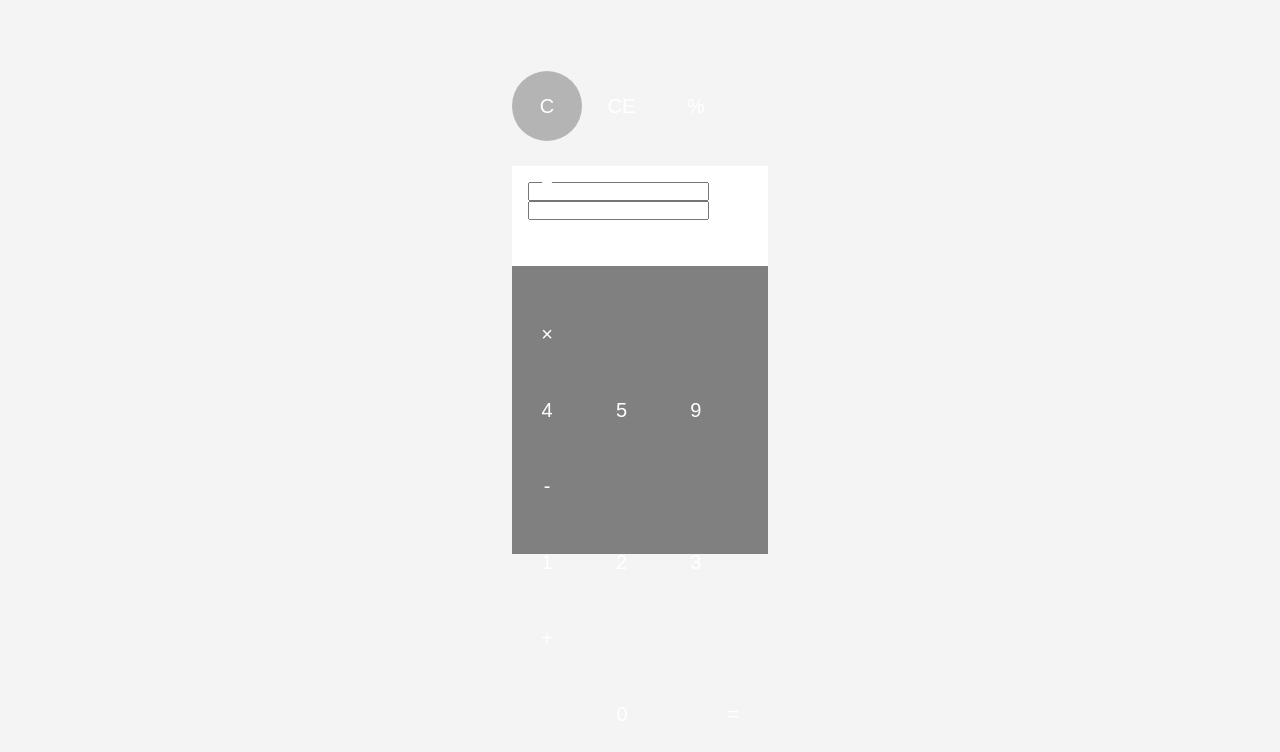
Repository: DNature/calc
Page: index.html
These files come from the project's save history. The page is drawn as it stood at one moment and after the next save; the edit follows.
The browser window is 1280 px wide. The pictures show the whole page.
The pointer rests on the first visible `.button`.

Above is the page before, as saved 2019-11-20 23:59:13.

### index.html
<!DOCTYPE html>
<html lang="en">
  <head>
    <meta charset="UTF-8" />
    <meta name="viewport" content="width=device-width, initial-scale=1.0" />
    <meta http-equiv="X-UA-Compatible" content="ie=edge" />
    <link rel="stylesheet" href="css/style.css" />
    <title>Calculator</title>
  </head>
  <body>
    <div class="calculator">
      <div class="output">
        <input type="number" id="subField" />
        <input type="number" id="mainField" />
      </div>

      <div class="inputs">
        <div class="row">
          <button id="" class="button">C</button>
          <button id="" class="button">CE</button>
          <button id="" class="button">%</button>
          <button id="" class="button">&#247;</button>
        </div>
        <div class="row">
          <button id="" class="button">7</button>
          <button id="" class="button">8</button>
          <button id="" class="button">9</button>
          <button id="" class="button">&times;</button>
        </div>
        <div class="row">
          <button id="" class="button">4</button>
          <button id="" class="button">5</button>
          <button id="" class="button">9</button>
          <button id="" class="button">-</button>
        </div>
        <div class="row">
          <button id="" class="button">1</button>
          <button id="" class="button">2</button>
          <button id="" class="button">3</button>
          <button id="" class="button">+</button>
        </div>
        <div class="row equal">
          <button id="" class="button">0</button>
          <button id="" class="button">=</button>
        </div>
      </div>
    </div>
    <script src="./js/index.js"></script>
  </body>
</html>

### css/style.css
* {
  margin: 0;
  padding: 0;
  box-sizing: border-box;
}

body {
  font-family: Arial, Helvetica, sans-serif;
  background: #f4f4f4;
  height: 100vh;
  width: 100vw;
  display: grid;
  place-content: center;
}

.calculator {
  width: 20vw;
  background: white;
  display: grid;
  place-content: center;

  border-radius: 5px;
}

.output {
  height: 100px;
  padding: 1rem;
  background: white;
}

.inputs {
  background: grey;
  display: grid;
  place-content: center;
  height: 40vh;
}

.button {
  width: 70px;
  height: 70px;
  border-radius: 50%;
  border: none;
  outline: none;
  margin: 3px 0;
  cursor: pointer;
  background: none;
  color: white;
  font-size: 20px;
}
.button:hover {
  background: rgba(128, 128, 128, 0.554);
}
.equal {
  display: flex;
  justify-content: space-between;
}

.equal :first-child {
  margin-left: 75px;
}

Loaded but not shown: js/index.js (no stored copy; drawn as an empty file)

After the next save:
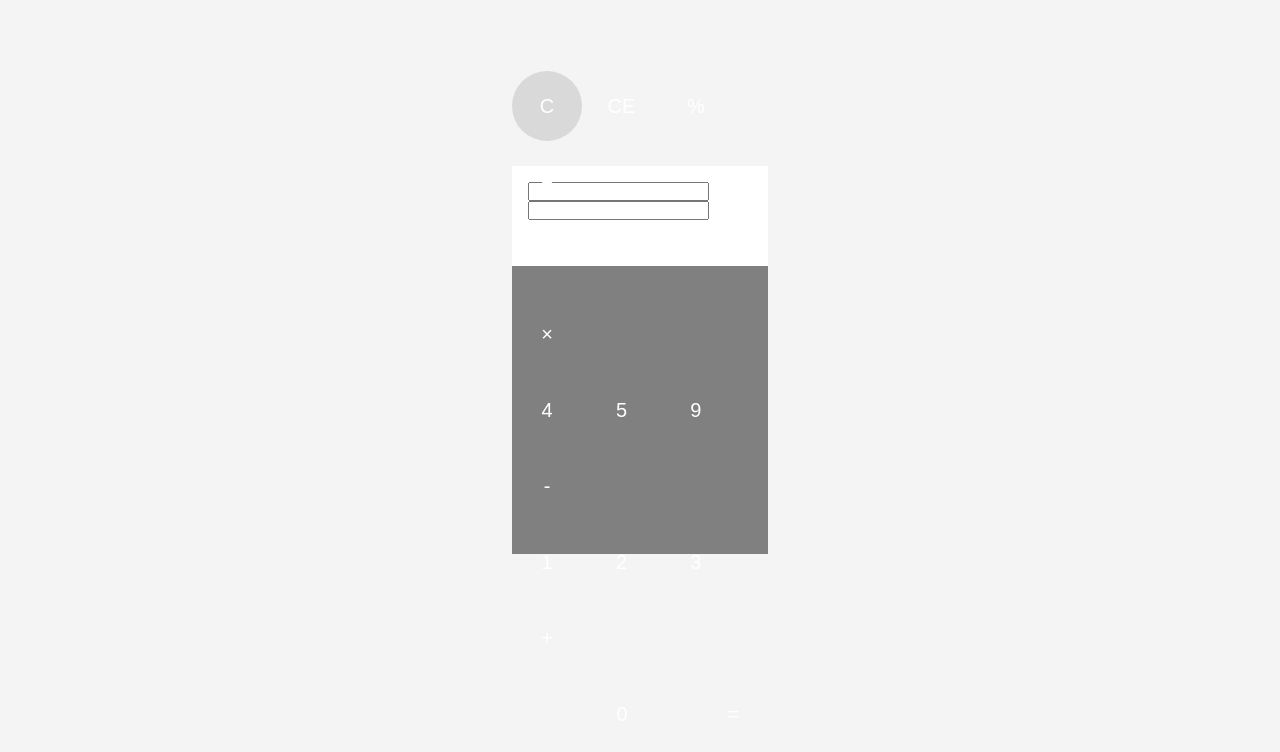
Saved 14 s later.
--- a/css/style.css
+++ b/css/style.css
@@ -48,7 +48,7 @@
   font-size: 20px;
 }
 .button:hover {
-  background: rgba(128, 128, 128, 0.554);
+  background: #c3c3c38d;
 }
 .equal {
   display: flex;

After the save that followed:
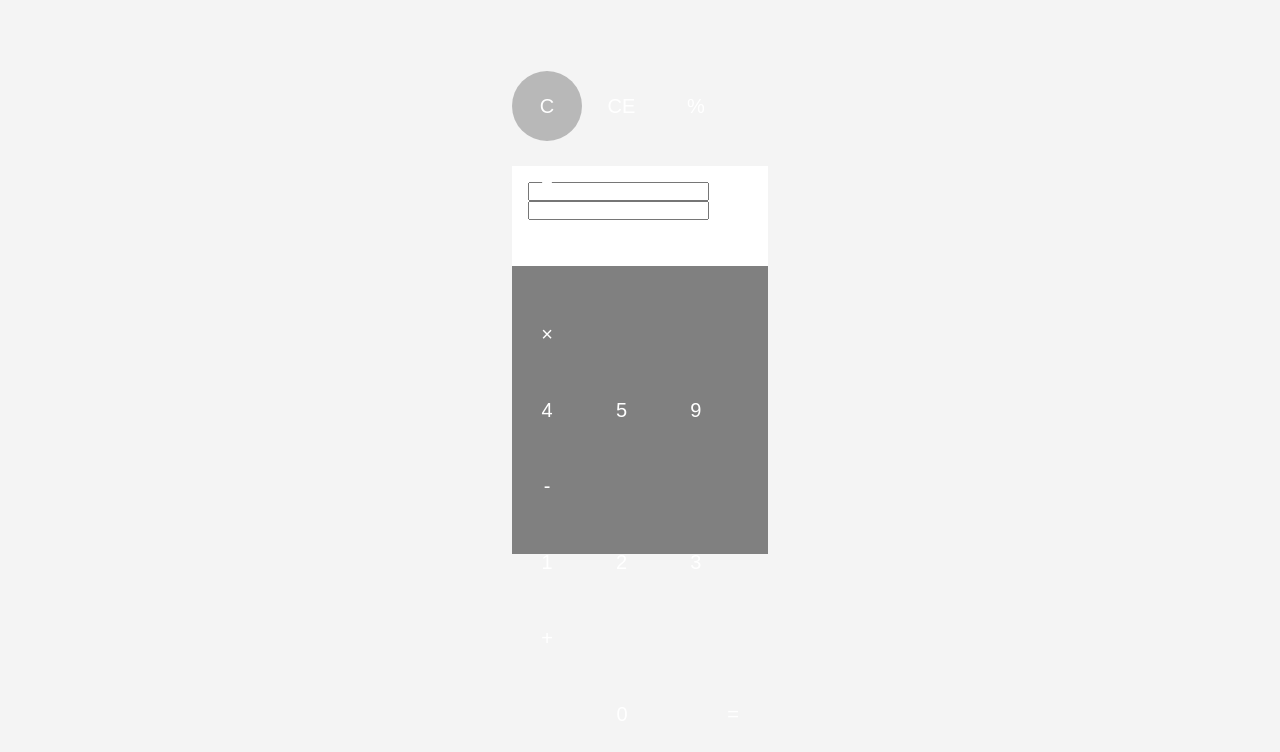
Saved 8 s later.
--- a/css/style.css
+++ b/css/style.css
@@ -48,7 +48,7 @@
   font-size: 20px;
 }
 .button:hover {
-  background: #c3c3c38d;
+  background: #8888888d;
 }
 .equal {
   display: flex;
